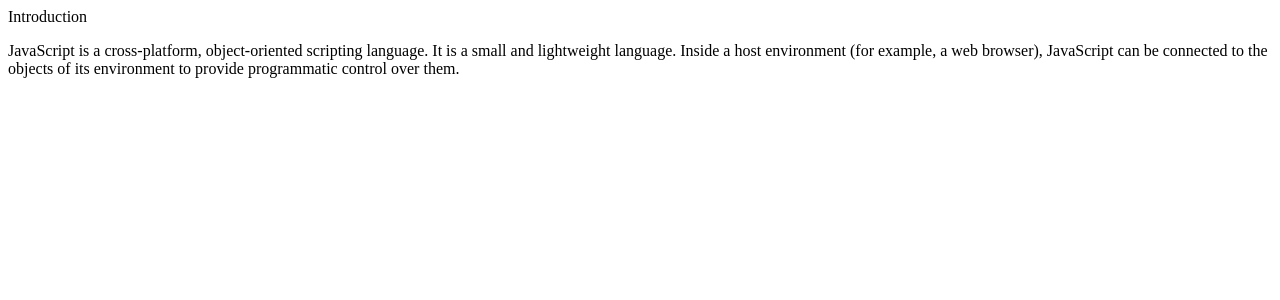
Repository: Lungdjos/technical_document_page_certificate
Page: index.html
These files come from the project's save history. The page is drawn as it stood at one moment and after the next save; the edit follows.
The browser window is 1280 px wide. The pictures show the whole page.

Above is the page before, as saved 2023-11-19 22:14:14.

After the next save:
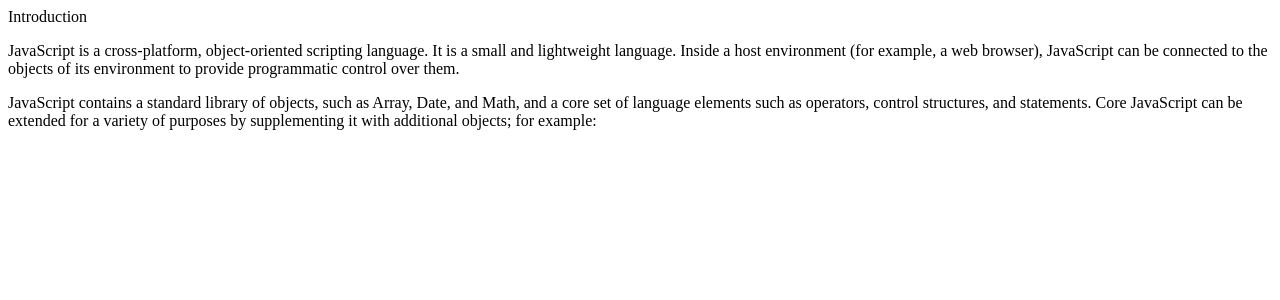
Saved 23 s later.
--- a/index.html
+++ b/index.html
@@ -17,7 +17,8 @@
             <header id="Introduction">Introduction</header>
             <p>JavaScript is a cross-platform, object-oriented scripting language. It is a small and lightweight language. Inside a host environment (for example, a web browser), JavaScript can be connected to the objects of its environment to provide programmatic
                 control over them.</p>
-            <p></p>
+            <p>JavaScript contains a standard library of objects, such as Array, Date, and Math, and a core set of language elements such as operators, control structures, and statements. Core JavaScript can be extended for a variety of purposes by supplementing
+                it with additional objects; for example:</p>
             <p></p>
         </section>
         <section class="main-section" id="">
